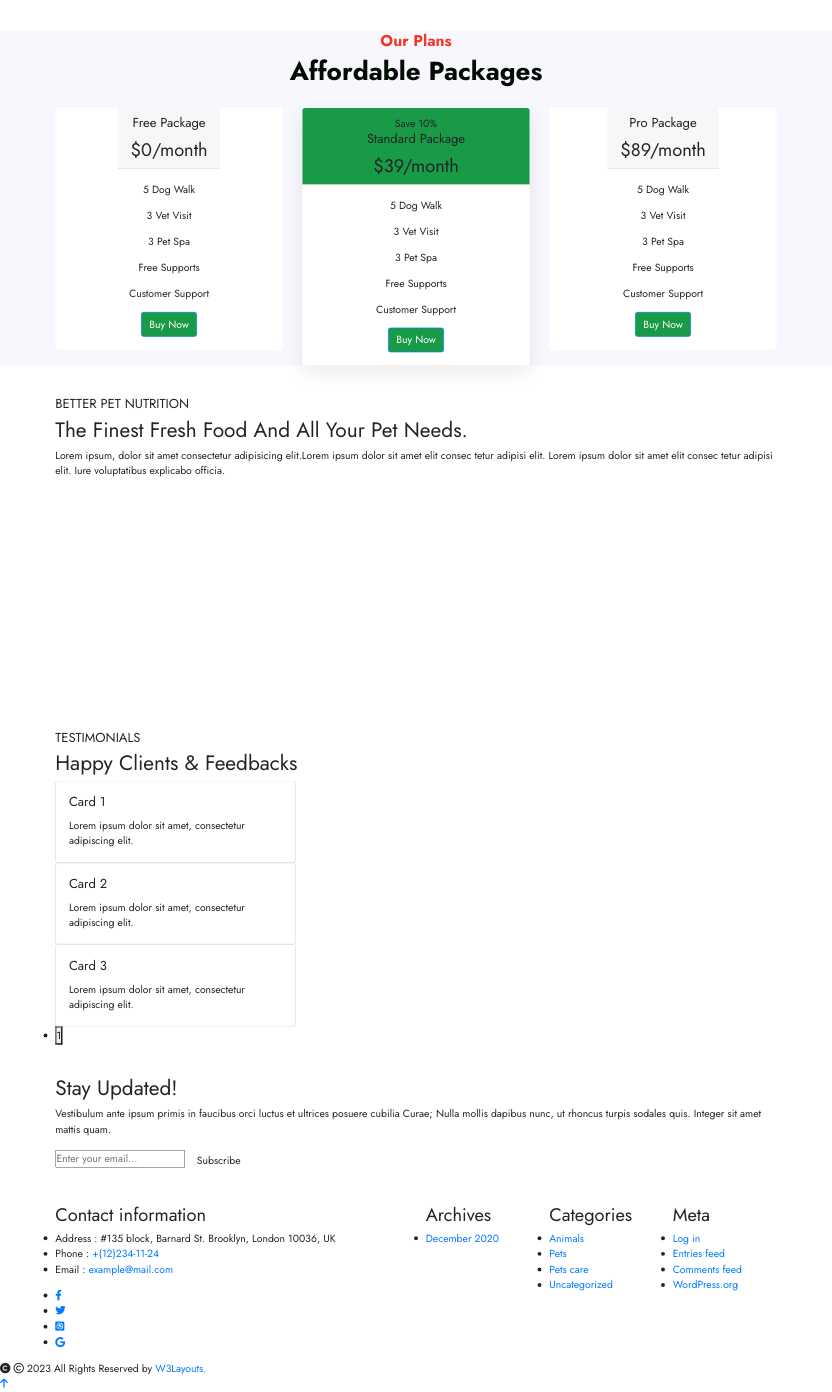
Repository: thanhfrankie/poochcare
Page: index.html
The author's editor kept a copy of each file at every save. The page is drawn from the files as they stood at one save, then again after a run of saves.
The browser window is 1280 px wide. The pictures show the whole page, at 65% of full size.
Pictures or frames that could not be fetched are drawn as grey boxes.

Above is the page before, as saved 2023-12-20 22:00:40.

### index.html
<!DOCTYPE html>
<html lang="en">
  <head>
    <title>Pooch Care</title>
    <!-- Required meta tags -->
    <meta charset="utf-8" />
    <meta
      name="viewport"
      content="width=device-width, initial-scale=1, shrink-to-fit=no"
    />
    <!-- FONT AWESOME -->
    <link
      rel="stylesheet"
      href="https://cdnjs.cloudflare.com/ajax/libs/font-awesome/6.4.2/css/all.min.css"
      integrity="sha512-z3gLpd7yknf1YoNbCzqRKc4qyor8gaKU1qmn+CShxbuBusANI9QpRohGBreCFkKxLhei6S9CQXFEbbKuqLg0DA=="
      crossorigin="anonymous"
      referrerpolicy="no-referrer"
    />
    <!-- Bootstrap CSS -->
    <link
      rel="stylesheet"
      href="https://stackpath.bootstrapcdn.com/bootstrap/4.3.1/css/bootstrap.min.css"
      integrity="sha384-ggOyR0iXCbMQv3Xipma34MD+dH/1fQ784/j6cY/iJTQUOhcWr7x9JvoRxT2MZw1T"
      crossorigin="anonymous"
    />
    <!-- Font Jost -->
    <link rel="preconnect" href="https://fonts.googleapis.com" />
    <link rel="preconnect" href="https://fonts.gstatic.com" crossorigin />
    <link
      href="https://fonts.googleapis.com/css2?family=Jost:wght@300;400;700&display=swap"
      rel="stylesheet"
    />
    <!-- Pricing CSS -->
    <link rel="stylesheet" href="./css/pricing.css" />
    <!-- pet food CSS (em đặt tên nutrition hay pet-nutrition hay pet__nutrition nó không cho đặt vậy ạ) -->
    <link rel="stylesheet" href="./css/petfood.css" />
    <!-- Testimonials CSS -->
    <link rel="stylesheet" href="./css/testimonials.css" />
    <!-- Subscribe CSS -->
    <link rel="stylesheet" href="./css/subscribe.css" />
    <!-- footer CSS -->
    <link rel="stylesheet" href="./css/footer.css" />
    <!-- Main CSS -->
    <link rel="stylesheet" href="./css/style.css" />
  </head>
  <body>
    <!-- Pricing -->
    <section class="pricing" id="pricing">
      <div class="container mt-5">
        <div class="title">
          <h4>Our Plans</h4>
          <h2>Affordable Packages</h2>
        </div>
        <div class="row mt-6">
          <!-- Pricing Card 1 -->
          <div class="col-lg-4">
            <div class="card">
              <div class="card-header">
                <h5 class="card-title">Free Package</h5>
                <h3 class="card-text">$0/month</h3>
              </div>
              <div class="card-body">
                <p class="card-text">5 Dog Walk</p>
                <p class="card-text">3 Vet Visit</p>
                <p class="card-text">3 Pet Spa</p>
                <p class="card-text">Free Supports</p>
                <p class="card-text">Customer Support</p>
                <a href="#" class="btn btn-primary btn-buy">Buy Now</a>
              </div>
            </div>
          </div>

          <!-- Pricing Card 2 -->
          <div class="col-lg-4">
            <div class="card card2">
              <div class="card-header">
                <div class="card-save">Save 10%</div>
                <h5 class="card-title">Standard Package</h5>
                <h3 class="card-text">$39/month</h3>
              </div>
              <div class="card-body">
                <p class="card-text">5 Dog Walk</p>
                <p class="card-text">3 Vet Visit</p>
                <p class="card-text">3 Pet Spa</p>
                <p class="card-text">Free Supports</p>
                <p class="card-text">Customer Support</p>
                <a href="#" class="btn btn-primary btn-buy">Buy Now</a>
              </div>
            </div>
          </div>

          <!-- Pricing Card 3 -->
          <div class="col-lg-4">
            <div class="card">
              <div class="card-header">
                <h5 class="card-title">Pro Package</h5>
                <h3 class="card-text">$89/month</h3>
              </div>
              <div class="card-body">
                <p class="card-text">5 Dog Walk</p>
                <p class="card-text">3 Vet Visit</p>
                <p class="card-text">3 Pet Spa</p>
                <p class="card-text">Free Supports</p>
                <p class="card-text">Customer Support</p>
                <a href="#" class="btn btn-primary btn-buy">Buy Now</a>
              </div>
            </div>
          </div>
        </div>
      </div>
    </section>
    <!-- PET NUTRITION -->
    <section class="nutrition">
      <div class="container mt-5">
        <h5>BETTER PET NUTRITION</h5>
        <h2>The Finest Fresh Food And All Your Pet Needs.</h2>
        <p>
          Lorem ipsum, dolor sit amet consectetur adipisicing elit.Lorem ipsum
          dolor sit amet elit consec tetur adipisi elit. Lorem ipsum dolor sit
          amet elit consec tetur adipisi elit. Iure voluptatibus explicabo
          officia.
        </p>
        <iframe
          width="560"
          height="315"
          src="https://www.youtube.com/embed/JXUTJNv4j6A?si=1nzgvqwKbkVzJ4BS"
          title="YouTube video player"
          frameborder="0"
          allow="accelerometer; autoplay; clipboard-write; encrypted-media; gyroscope; picture-in-picture; web-share"
          allowfullscreen
        ></iframe>
      </div>
    </section>
    <!-- TESTIMONIALS -->
    <section class="testimonial">
      <div class="container mt-5">
        <h5>TESTIMONIALS</h5>
        <h2>Happy Clients & Feedbacks</h2>
        <div class="slick-carousel">
          <!-- Slick Carousel Item 1 -->
          <div class="card">
            <div class="card-body">
              <h5 class="card-title">Card 1</h5>
              <p class="card-text">
                Lorem ipsum dolor sit amet, consectetur adipiscing elit.
              </p>
            </div>
          </div>

          <!-- Slick Carousel Item 2 -->
          <div class="card">
            <div class="card-body">
              <h5 class="card-title">Card 2</h5>
              <p class="card-text">
                Lorem ipsum dolor sit amet, consectetur adipiscing elit.
              </p>
            </div>
          </div>

          <!-- Slick Carousel Item 3 -->
          <div class="card">
            <div class="card-body">
              <h5 class="card-title">Card 3</h5>
              <p class="card-text">
                Lorem ipsum dolor sit amet, consectetur adipiscing elit.
              </p>
            </div>
          </div>
        </div>
      </div>
    </section>
    <!-- Subscribe -->
    <section class="subscribe">
      <div class="container mt-5">
        <h2>Stay Updated!</h2>
        <p>
          Vestibulum ante ipsum primis in faucibus orci luctus et ultrices
          posuere cubilia Curae; Nulla mollis dapibus nunc, ut rhoncus turpis
          sodales quis. Integer sit amet mattis quam.
        </p>
        <input
          type="email"
          name=""
          id="subscribe"
          placeholder="Enter your email..."
        />
        <button class="btn">Subscribe</button>
      </div>
    </section>
    <footer>
      <div class="container mt-5">
        <div class="row">
          <div class="col-lg-6">
            <h3>Contact information</h3>
            <ul class="footer__contact">
              <li>
                Address : #135 block, Barnard St. Brooklyn, London 10036, UK
              </li>
              <li>
                Phone :
                <span>
                  <a href="#">+(12)234-11-24</a>
                </span>
              </li>
              <li>
                Email :
                <span>
                  <a href="#">example@mail.com</a>
                </span>
              </li>
            </ul>
            <ul class="footer__social">
              <li>
                <a href="https://www.facebook.com/w3layouts/">
                  <i class="fa-brands fa-facebook-f"></i
                ></a>
              </li>
              <li>
                <a href="https://twitter.com/W3layouts"
                  ><i class="fa-brands fa-twitter"></i
                ></a>
              </li>
              <li>
                <a href="https://dribbble.com/w3layouts"
                  ><i class="fa-brands fa-square-dribbble"></i
                ></a>
              </li>
              <li>
                <a href="https://myaccount.google.com/intro/profile"
                  ><i class="fa-brands fa-google"></i
                ></a>
              </li>
            </ul>
          </div>
          <div class="col-lg-6">
            <div class="row">
              <div class="col-sm-4">
                <h3>Archives</h3>
                <ul>
                  <li>
                    <a href="#"> December 2020 </a>
                  </li>
                </ul>
              </div>
              <div class="col-sm-4">
                <h3>Categories</h3>
                <ul>
                  <li>
                    <a href="#"> Animals </a>
                  </li>
                  <li>
                    <a href="#"> Pets </a>
                  </li>
                  <li>
                    <a href="#"> Pets care </a>
                  </li>
                  <li>
                    <a href="#"> Uncategorized </a>
                  </li>
                </ul>
              </div>
              <div class="col-sm-4">
                <h3>Meta</h3>
                <ul>
                  <li>
                    <a href="#"> Log in </a>
                  </li>
                  <li>
                    <a href="#"> Entries feed </a>
                  </li>
                  <li>
                    <a href="#"> Comments feed </a>
                  </li>
                  <li>
                    <a href="#"> WordPress.org </a>
                  </li>
                </ul>
              </div>
            </div>
          </div>
        </div>
      </div>
      <div class="copyright">
        <i class="fa fa-copyright" aria-hidden="true"></i>
        <i class="fa-regular fa-copyright"></i>
        <span
          >2023 All Rights Reserved by
          <a href="https://w3layouts.com/">W3Layouts.</a></span
        >
      </div>
    </footer>
    <a href="#" class="backToTop cd-top text-replace js-cd-top">
      <i class="fa fa-arrow-up"></i>
    </a>
    <!-- Optional JavaScript -->
    <!-- jQuery first, then Popper.js, then Bootstrap JS -->
    <script
      src="https://code.jquery.com/jquery-3.3.1.slim.min.js"
      integrity="sha384-q8i/X+965DzO0rT7abK41JStQIAqVgRVzpbzo5smXKp4YfRvH+8abtTE1Pi6jizo"
      crossorigin="anonymous"
    ></script>
    <script
      src="https://cdnjs.cloudflare.com/ajax/libs/popper.js/1.14.7/umd/popper.min.js"
      integrity="sha384-UO2eT0CpHqdSJQ6hJty5KVphtPhzWj9WO1clHTMGa3JDZwrnQq4sF86dIHNDz0W1"
      crossorigin="anonymous"
    ></script>
    <script
      src="https://stackpath.bootstrapcdn.com/bootstrap/4.3.1/js/bootstrap.min.js"
      integrity="sha384-JjSmVgyd0p3pXB1rRibZUAYoIIy6OrQ6VrjIEaFf/nJGzIxFDsf4x0xIM+B07jRM"
      crossorigin="anonymous"
    ></script>
    <!-- slick carousel  -->
    <script
      src="https://cdnjs.cloudflare.com/ajax/libs/slick-carousel/1.8.1/slick.min.js"
      integrity="sha512-XtmMtDEcNz2j7ekrtHvOVR4iwwaD6o/FUJe6+Zq+HgcCsk3kj4uSQQR8weQ2QVj1o0Pk6PwYLohm206ZzNfubg=="
      crossorigin="anonymous"
      referrerpolicy="no-referrer"
    ></script>
    <script>
      // Initialize Slick Carousel
      $(".slick-carousel").slick({
        slidesToShow: 3,
        slidesToScroll: 1,
        dots: true,
        prevArrow: '<button type="button" class="slick-prev">&#9665;</button>',
        nextArrow: '<button type="button" class="slick-next">&#9655;</button>',
        responsive: [
          {
            breakpoint: 768,
            settings: {
              slidesToShow: 2,
            },
          },
          {
            breakpoint: 576,
            settings: {
              slidesToShow: 1,
            },
          },
        ],
      });
    </script>
  </body>
</html>

### css/pricing.css
.pricing {
  background-color: #f9f7fe;
}
.pricing .container {
  width: 100%;
}
.pricing .container .title {
  display: flex;
  justify-content: center;
  align-items: center;
  flex-direction: column;
  padding-bottom: 25px;
}
.pricing .container .title h4 {
  color: #f53626;
  font-weight: 550;
}
.pricing .title h2 {
  font-size: 40px;
  font-weight: 600;
  line-height: 48px;
  text-transform: capitalize;
  color: #000c04;
}
.pricing .container .row {
  /* border: 1px solid blue; */
}
.pricing .container .row .card {
  display: flex;
  justify-content: center;
  align-items: center;
  flex-direction: column;
  text-align: center;
  background-color: #ffffff;
  border-radius: 5px;
  border: none;
}
.pricing .container .row .card2 {
  box-shadow: 0 10px 30px 0 rgba(17, 17, 17, 0.09);
  z-index: 1;
}
.pricing .container .row .card2 .card-header {
  width: 100%;
  background-color: #189a46;
  border-top-right-radius: 5px;
  border-top-left-radius: 5px;
  line-height: 1.5;
}
.btn-buy {
    background-color: #189a46;
}
.btn-buy:hover {
    background-color: #189a46;
}

### css/testimonials.css
TESTIMONIALS

### css/style.css
/* Global */
* {
  padding: 0;
  margin: 0;
  box-sizing: border-box;
}
html,
body {
  font-family: "Jost", sans-serif;
}

Loaded but not shown: css/footer.css (no copy from this time; the picture is the same without it); css/petfood.css (no copy from this time; the picture is the same without it); css/subscribe.css (no copy from this time; the picture is the same without it)

After the next 2 saves:
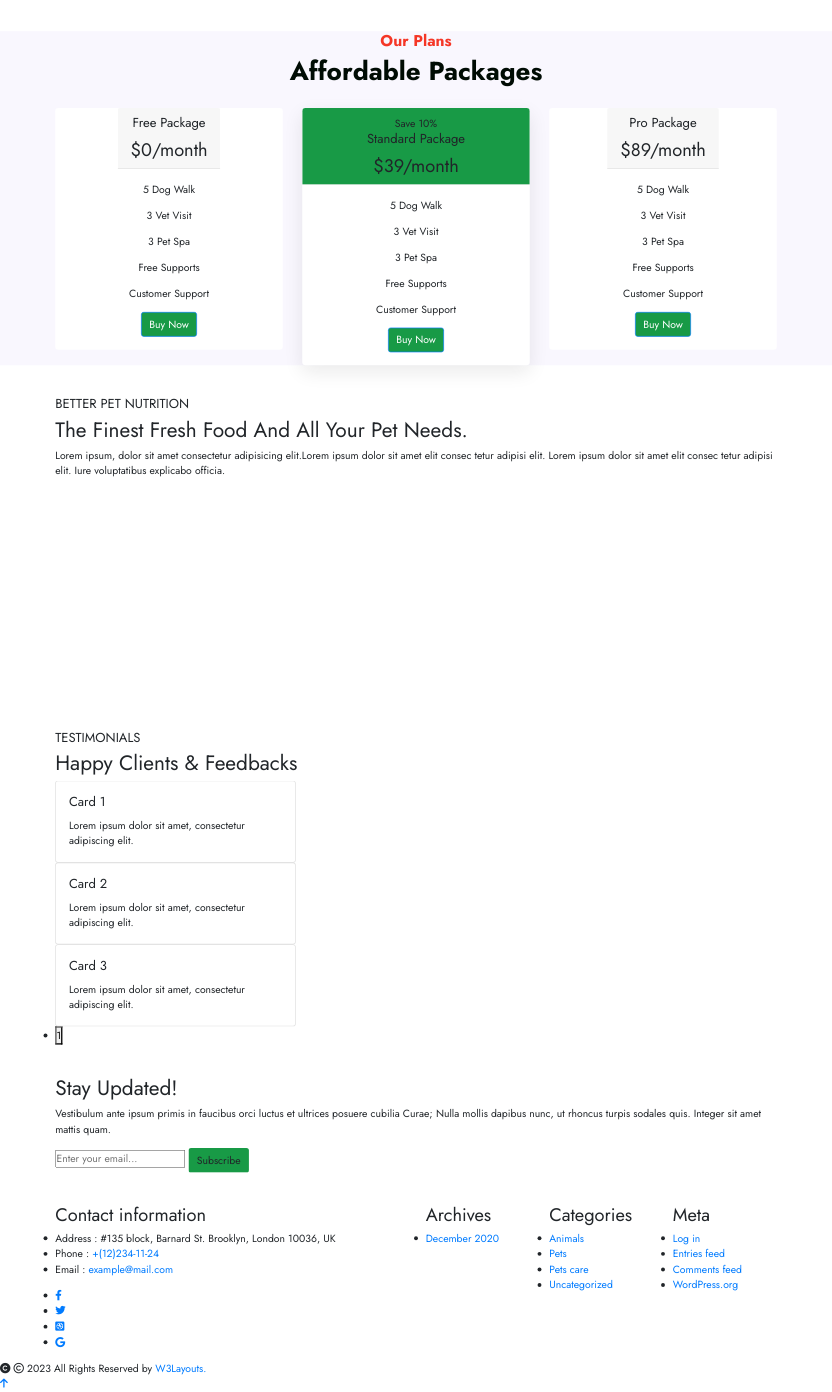
The 2 saves are shown as one change because they came seconds apart.
The last was saved 18 s later.
--- a/css/pricing.css
+++ b/css/pricing.css
@@ -49,6 +49,6 @@
 .btn-buy {
     background-color: #189a46;
 }
-.btn-buy:hover {
+.btn-buy:hover,.btn {
     background-color: #189a46;
 }
